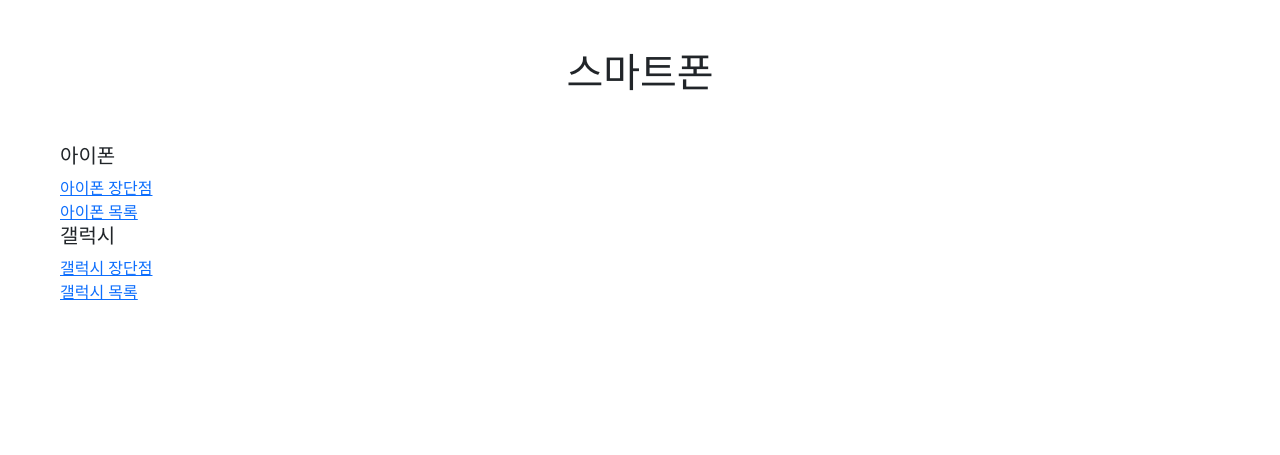
Repository: gwangso/web
Page: http://localhost/practice01/home.jsp
The author's editor kept a copy of each file at every save. The page is drawn from the files as they stood at one save, then again after the next save.
The browser window is 1280 px wide. The pictures show the whole page.
Some web libraries are served in a nearby version. The page is served by Tomcat 9.

Above is the page before, as saved 2023-07-25 04:23:13.

After the next save:
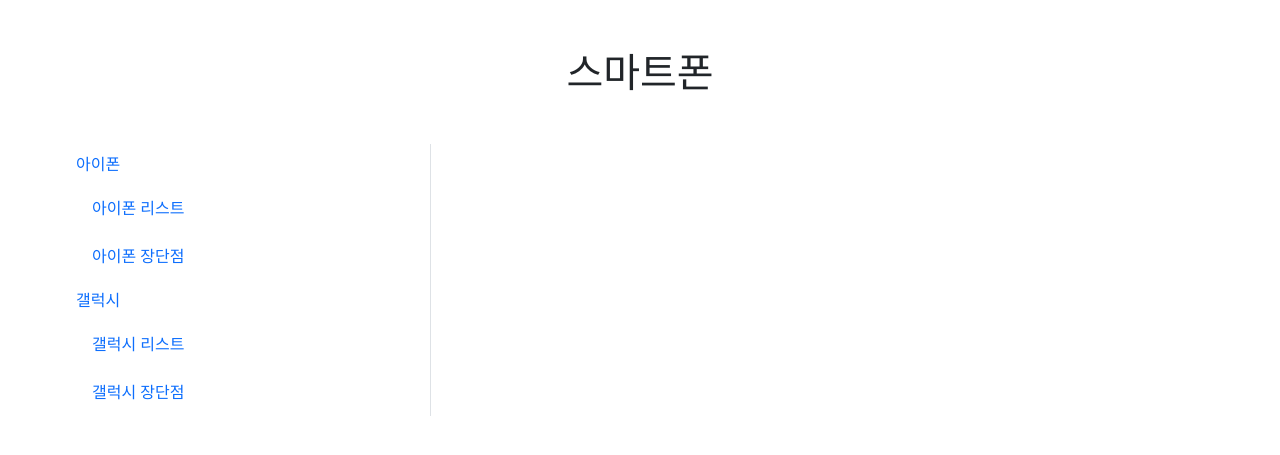
Saved 10 min 0 s later.
--- a/practice01/src/main/webapp/home.jsp
+++ b/practice01/src/main/webapp/home.jsp
@@ -17,17 +17,27 @@
 </head>
 <body>
 	<div class="row m-5">
-		<h1 class="text-center mb-5">스마트폰</h1>
-		<div class="col-4">
+		<div class="col">
+			<h1 class="text-center mb-5">스마트폰</h1>
 
-			<h5>아이폰</h5>
-			<a href="/iphones/prosandcons">아이폰 장단점</a>
-			<br>
-			<a href="/iphones/list">아이폰 목록</a>
-			<h5>갤럭시</h5>
-			<a href="/galaxies/prosandcons">갤럭시 장단점</a>
-			<br>
-			<a href="/galaxies/list">갤럭시 목록</a>
+			<div class="row">
+			  <div class="col-4">
+			    <nav id="navbar-example3" class="h-100 flex-column align-items-stretch pe-4 border-end">
+			      <nav class="nav nav-pills flex-column">
+			        <a class="nav-link" href="#item-1">아이폰</a>
+			        <nav class="nav nav-pills flex-column">
+			          <a class="nav-link ms-3 my-1" href="#item-1-1">아이폰 리스트</a>
+			          <a class="nav-link ms-3 my-1" href="#item-1-2">아이폰 장단점</a>
+			        </nav>
+			        <a class="nav-link" href="#item-2">갤럭시</a>
+			        <nav class="nav nav-pills flex-column">
+			          <a class="nav-link ms-3 my-1" href="#item-3-1">갤럭시 리스트</a>
+			          <a class="nav-link ms-3 my-1" href="#item-3-2">갤럭시 장단점</a>
+			        </nav>
+			      </nav>
+			    </nav>
+			    </div>
+			 </div>
 		</div>
 	</div>
 </body>
